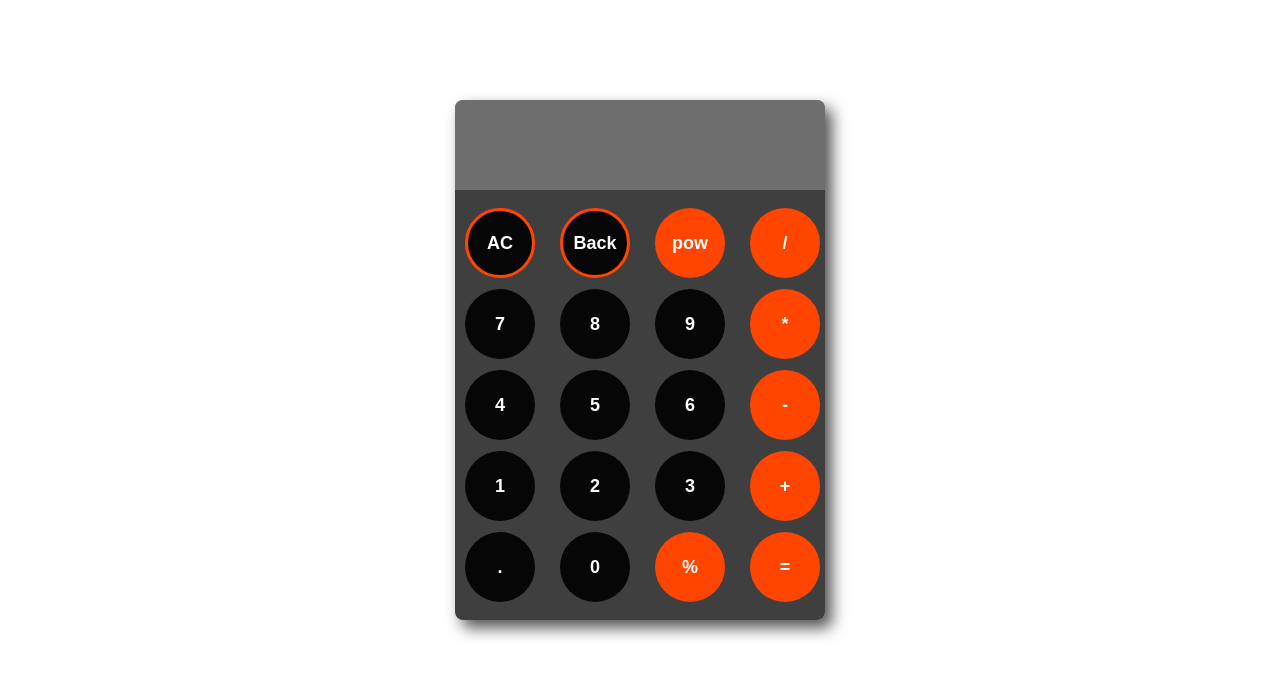
Repository: SakthivelDurai47/calculator
Page: index.html
An editor plug-in stored every save of this project. The page is shown before and after the next save, followed by the edit.
The browser window is 1280 px wide. The pictures show the whole page.

Above is the page before, as saved 2025-04-13 15:55:30.

After the next save:
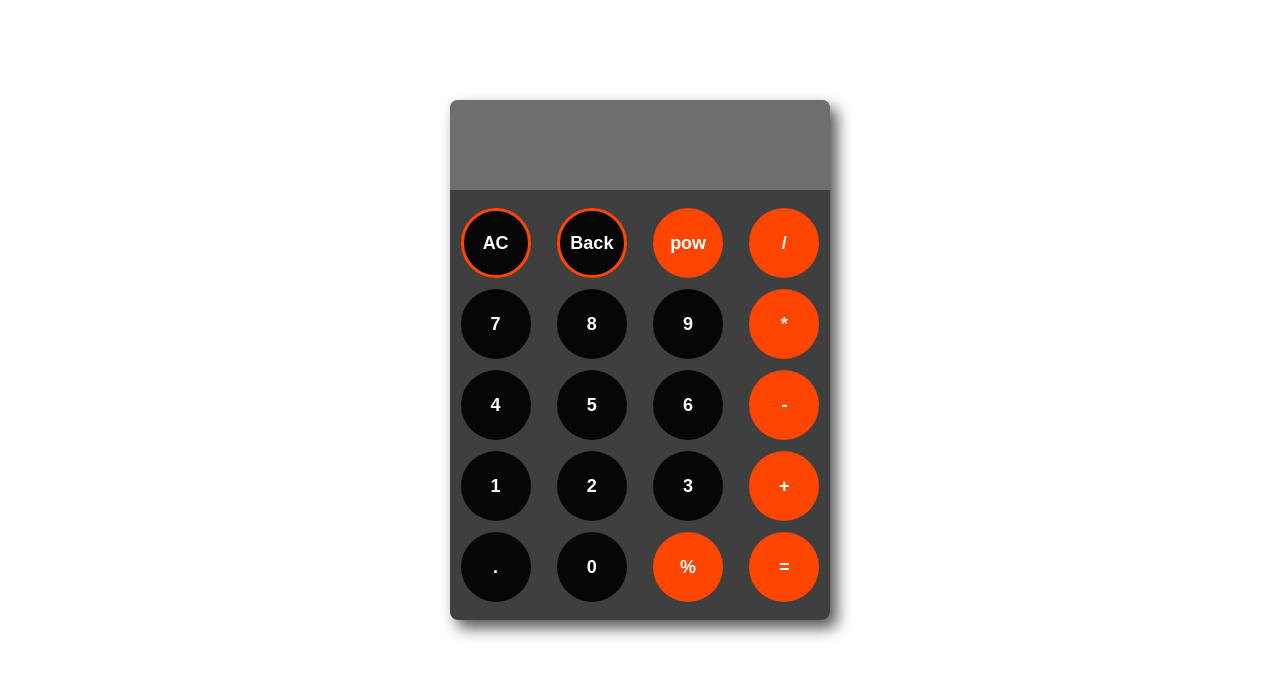
Saved 5 s later.
--- a/styles.css
+++ b/styles.css
@@ -44,7 +44,7 @@ button:active {
   background-color: rgba(255, 68, 0, 0.128);
 }
 #calculator {
-  width: 370px;
+  width: 380px;
   height: auto;
   background-color: rgba(0, 0, 0, 0.751);
   border-radius: 8px;
